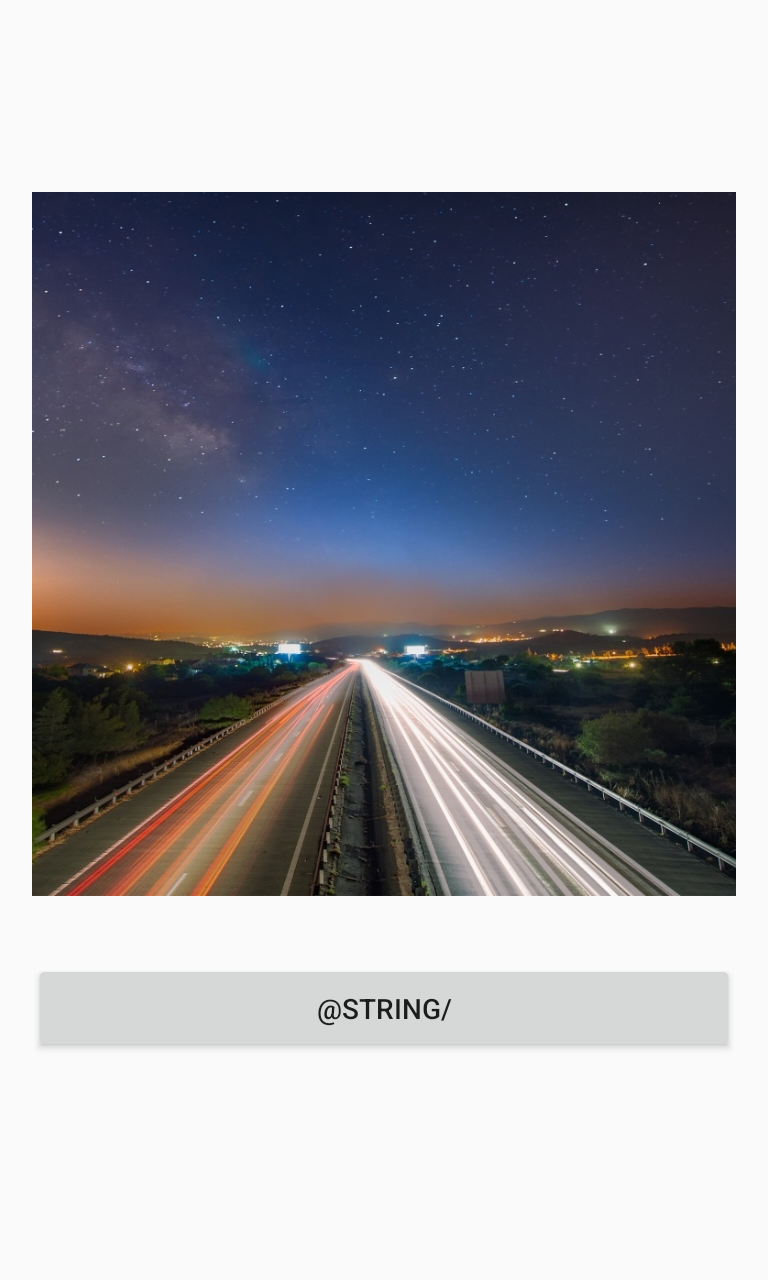
Repository: MarcSelles/nPuzzle10447768
Layout: NPuzzle10447768/res/layout/activity_playing.xml
The author's editor kept a copy of each file at every save. The layout is drawn from the files as they stood at one save, then again after the next save.
It is drawn on a 768 x 1280 px phone screen (xhdpi) without system bars, with theme AppTheme; the app's code is not run.

Above is the layout before, as saved 2014-11-23 15:41:51.

### NPuzzle10447768/res/layout/activity_playing.xml
<RelativeLayout xmlns:android="http://schemas.android.com/apk/res/android"
    xmlns:tools="http://schemas.android.com/tools"
    android:layout_width="match_parent"
    android:layout_height="match_parent"
    android:paddingBottom="@dimen/activity_vertical_margin"
    android:paddingLeft="@dimen/activity_horizontal_margin"
    android:paddingRight="@dimen/activity_horizontal_margin"
    android:paddingTop="@dimen/activity_vertical_margin"
    tools:context="nl.mprog.projects.NPuzzle10447768.Playing" >

    <ImageView
        android:id="@+id/imageView1"
        android:layout_width="wrap_content"
        android:layout_height="wrap_content"
        android:src="@drawable/rush_hour"
        android:contentDescription="@string/photoGame"
        />

    <Button
        android:id="@+id/button1"
        android:layout_width="wrap_content"
        android:layout_height="wrap_content"
        android:layout_alignBottom="@+id/imageView1"
        android:layout_alignLeft="@+id/imageView1"
        android:layout_alignRight="@+id/imageView1"
        android:text="@string/" />

</RelativeLayout>

### NPuzzle10447768/res/values/strings.xml
<?xml version="1.0" encoding="utf-8"?>
<resources>

    <string name="app_name">NPuzzle10447768</string>
    <string name="hello_world">Hello world!</string>
    <string name="action_settings">Settings</string>
    <string name="choose_image">Kies een puzzel</string>
    <string name="photo1">photo1</string>
    <string name="photo2">photo2</string>
    <string name="photo3">photo3</string>
    <string name="photo4">photo4</string>
    <string name="photo5">photo5</string>
    <string name="photo6">photo6</string>
    <string name="title_activity_the_game">TheGame</string>
    <string name="photoGame">photo of game</string>
    <string name="title_activity_playing">Playing</string>
    <string name="menu">MENU</string>

</resources>

Loaded but not shown: NPuzzle10447768/res/values/styles.xml (common file); NPuzzle10447768/res/values-v11/styles.xml (common file); NPuzzle10447768/res/values-v14/styles.xml (common file); NPuzzle10447768/res/values/dimens.xml (common file); NPuzzle10447768/res/values-w820dp/dimens.xml (common file)

After the next save:
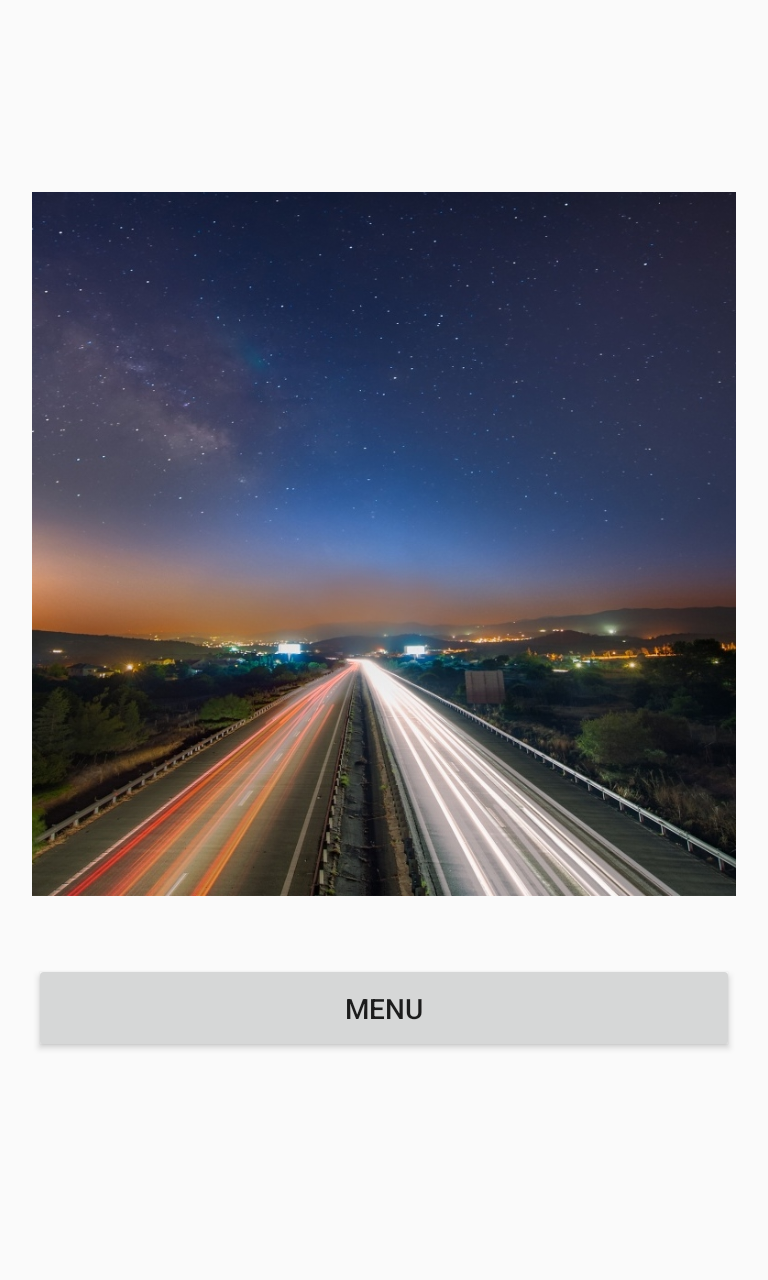
Saved 12 s later.
--- a/NPuzzle10447768/res/layout/activity_playing.xml
+++ b/NPuzzle10447768/res/layout/activity_playing.xml
@@ -23,6 +23,6 @@
         android:layout_alignBottom="@+id/imageView1"
         android:layout_alignLeft="@+id/imageView1"
         android:layout_alignRight="@+id/imageView1"
-        android:text="@string/" />
+        android:text="@string/menu" />
 
 </RelativeLayout>
